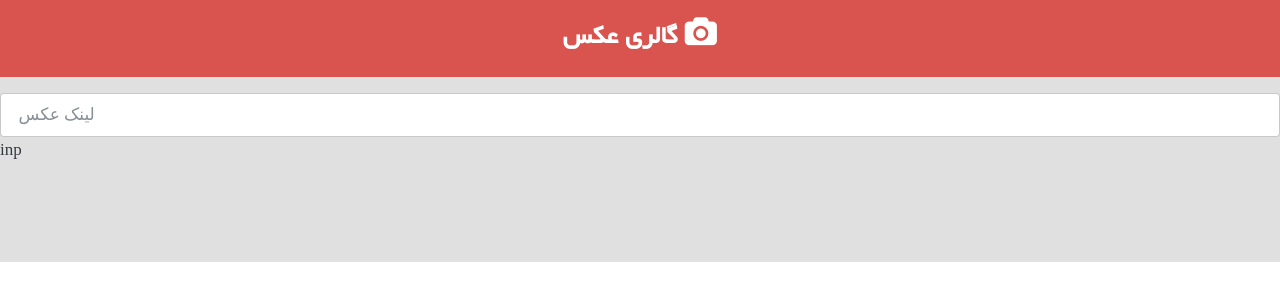
Repository: sadegh1379/PhotoWall-app
Page: /addphoto
These files come from the project's save history. The page is drawn as it stood at one moment and after the next save; the edit follows.
The browser window is 1280 px wide. The pictures show the whole page.
The project was rebuilt for these pictures with package versions that can differ from the ones it lists, and the page was loaded fresh each time. Also part of the build but not shown: src/Component/Photo.js, src/Component/PhotoWall.js.

Above is the page before, as saved 2020-02-22 13:16:30.

### public/index.html
<!DOCTYPE html>
<html lang="en">
  <head>
    <meta charset="utf-8" />
    <link rel="icon" href="%PUBLIC_URL%/favicon.ico" />
    <meta name="viewport" content="width=device-width, initial-scale=1" />
    <meta name="theme-color" content="#000000" />
    <link rel="stylesheet" href="https://stackpath.bootstrapcdn.com/font-awesome/4.7.0/css/font-awesome.min.css">
    <meta
      name="description"
      content="Web site created using create-react-app"
    />
    <link rel="apple-touch-icon" href="%PUBLIC_URL%/logo192.png" />
    <!--
      manifest.json provides metadata used when your web app is installed on a
      user's mobile device or desktop. See https://developers.google.com/web/fundamentals/web-app-manifest/
    -->
    <link rel="manifest" href="%PUBLIC_URL%/manifest.json" />
    <!--
      Notice the use of %PUBLIC_URL% in the tags above.
      It will be replaced with the URL of the `public` folder during the build.
      Only files inside the `public` folder can be referenced from the HTML.

      Unlike "/favicon.ico" or "favicon.ico", "%PUBLIC_URL%/favicon.ico" will
      work correctly both with client-side routing and a non-root public URL.
      Learn how to configure a non-root public URL by running `npm run build`.
    -->
    <title>React App</title>
  </head>
  <body>
    <noscript>You need to enable JavaScript to run this app.</noscript>
    <div id="root"></div>
    <!--
      This HTML file is a template.
      If you open it directly in the browser, you will see an empty page.

      You can add webfonts, meta tags, or analytics to this file.
      The build step will place the bundled scripts into the <body> tag.

      To begin the development, run `npm start` or `yarn start`.
      To create a production bundle, use `npm run build` or `yarn build`.
    -->
  </body>
</html>

### src/App.js
import React , { Component } from 'react';
import { BrowserRouter as Router , Route, Switch } from 'react-router-dom';
import Title from './Component/Title';
import PhotoWall from './Component/PhotoWall';
import './bootswatch.css';
import AddPhoto from './Component/AddPhoto';
import './App.css';

class App extends Component {

  constructor(){

      super()

      this.state = {
        posts : [
          {
            id : "0" ,
            description : "صادق اکبری" ,
            imageLink : "https://dkt6rvnu67rqj.cloudfront.net/cdn/ff/tpWy09V5tfN_Il2UBj8nPU4FZvPDpNBQSecbyXiqbuM/1574345660/public/styles/322x405/public/media/int_files/1008357.jpg?itok=c5qoLzeh"
          },
          {
           id : "1" ,
           description : "علی میرزایی" ,
           imageLink : "https://dkt6rvnu67rqj.cloudfront.net/cdn/ff/tpWy09V5tfN_Il2UBj8nPU4FZvPDpNBQSecbyXiqbuM/1574345660/public/styles/322x405/public/media/int_files/1008357.jpg?itok=c5qoLzeh"
         }
         ,{
           id : "5" ,
           description :" سارا ممبینی" ,
           imageLink :"https://thetyee.ca/Culture/2017/10/31/FawnLawn.jpg"

         },
         {
          id : "6" ,
          description : "صادق اکبری" ,
          imageLink : "https://dkt6rvnu67rqj.cloudfront.net/cdn/ff/tpWy09V5tfN_Il2UBj8nPU4FZvPDpNBQSecbyXiqbuM/1574345660/public/styles/322x405/public/media/int_files/1008357.jpg?itok=c5qoLzeh"
        },
        {
         id : "7" ,
         description : "علی میرزایی" ,
         imageLink : "https://www.iata.org/contentassets/d7c512eb9a704ba2a8056e3186a31921/cargo_live_animals_parrot.jpg?w=330&h=200&mode=crop&scale=both&v=20191213012337"
       }
       ,{
         id : "8" ,
         description :" سارا ممبینی" ,
         imageLink :"https://images.unsplash.com/photo-1497752531616-c3afd9760a11?ixlib=rb-1.2.1&w=1000&q=80"

       }
        ]

    }
  }

// Remove post
 onRemovePost = (removedPost) =>{

      this.setState((state)=>({
          posts : state.posts.filter(post => post !== removedPost)
      }))

  }

  render(){
      return (
        <div className="body">
              <Router>
                  <Title title="گالری عکس"/>
                  <Switch>

                      <Route exact path="/" render={()=>(
                              <div>
                                  <PhotoWall onRemovePost={this.onRemovePost} posts={this.state.posts}/>
                              </div>
                      )}/>

                        <Route exact path="/addphoto" component={AddPhoto}/>
                </Switch>
            </Router>
        </div>
      );
}
}

export default App;

### src/Component/Title.js
import React from 'react';
import PropTypes from 'prop-types';


function Title(props) {
    return (
            <p className=" bg-danger text-white py-3 p-title text-center">{props.title} <span className="fa fa-camera"></span></p>
    )
}

Title.propTypes = {
    title : PropTypes.string.isRequired
}

export default Title;

### src/Component/AddPhoto.js
import React, { Component } from 'react'

export class AddPhoto extends Component {
    render() {
        return (
            <div>
                <form>
                    <input type="text" placeholder="لینک عکس" className="form-control"/>
                    inp
                </form>
            </div>
        )
    }
}

export default AddPhoto;

### src/App.css
.p-title{
    font-size: 30px;
    color:white ;
    font-weight: bolder;
    font-family: 'Byekan';
}

.body{
    font-family: 'Brekan';
    background-color: #E0E0E0;
    padding-bottom: 100px;
}

 .photo-grid{
    /* max-width: 1000px; */
    margin: 0 auto;
    display: flex;
    flex-wrap: wrap;
    justify-content: center;
}

@font-face{
    font-family: 'Byekan';
    src:url('./Component/fonst/Yekan.ttf');
}

.photo-card{
  margin: 10px 10px;
  box-shadow: 5px 5px 5px 5px #888888;
}

.add-icon{
    text-align: center;
    margin: 20px auto;
    color:white  !important;
    background-color: rgb(62, 112, 75);
    padding: 20px;
    border-radius: 70px;


}

Loaded but not shown: src/index.js (common file); src/index.css (common file); src/bootswatch.css (library)

After the next save:
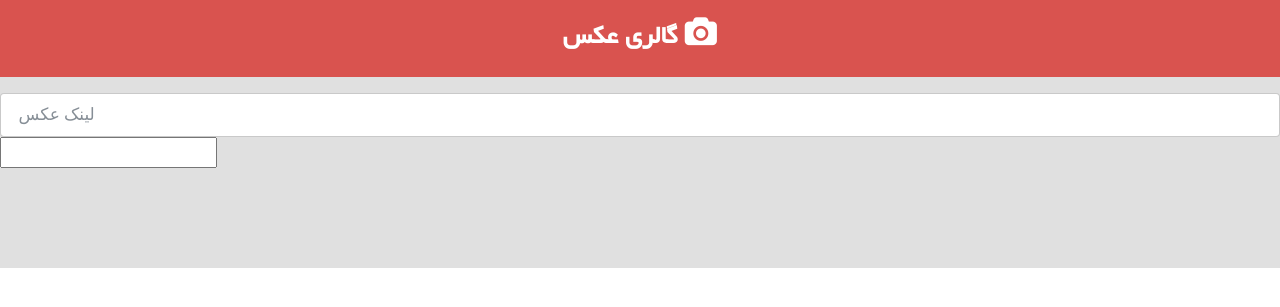
Saved 5 s later.
--- a/src/Component/AddPhoto.js
+++ b/src/Component/AddPhoto.js
@@ -6,7 +6,7 @@ export class AddPhoto extends Component {
             <div>
                 <form>
                     <input type="text" placeholder="لینک عکس" className="form-control"/>
-                    inp
+                    <input type="text"/>
                 </form>
             </div>
         )
